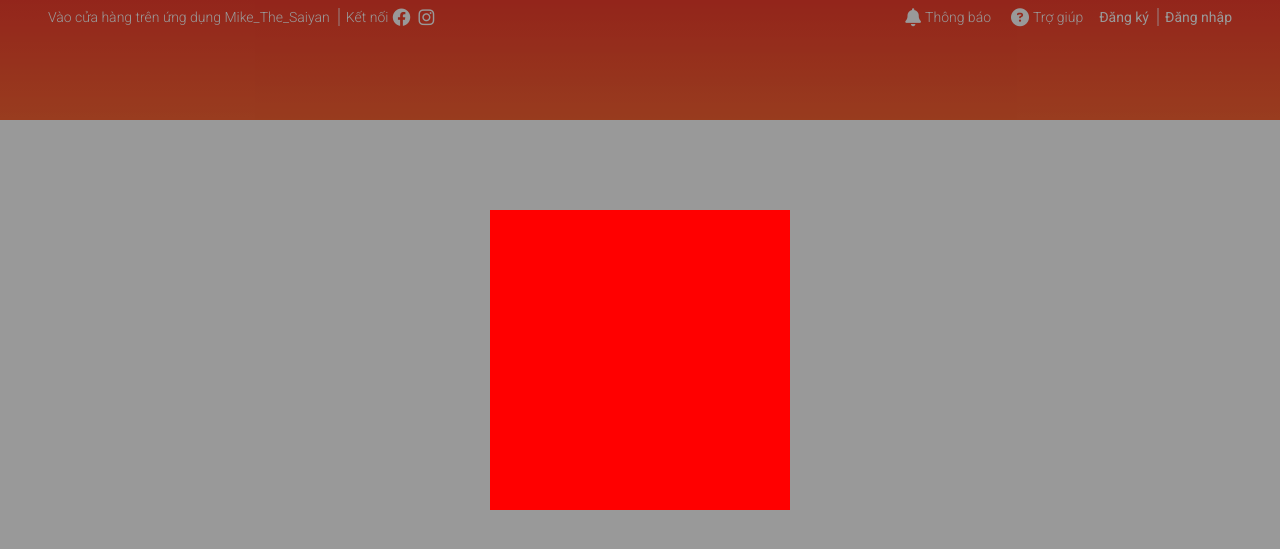
Repository: thefellowshiplotr/project_shopee
Page: index.html
These files come from the project's save history. The page is drawn as it stood at one moment and after the next save; the edit follows.
The browser window is 1280 px wide. The pictures show the whole page.

Above is the page before, as saved 2022-11-07 13:28:35.

### index.html
<!DOCTYPE html>
<html lang="en">
  <head>
    <meta charset="UTF-8" />
    <meta http-equiv="X-UA-Compatible" content="IE=edge" />
    <meta name="viewport" content="width=device-width, initial-scale=1.0" />
    <title>Shopee</title>
    <link
      rel="stylesheet"
      href="https://cdnjs.cloudflare.com/ajax/libs/normalize/8.0.1/normalize.min.css"
      integrity="sha512-NhSC1YmyruXifcj/KFRWoC561YpHpc5Jtzgvbuzx5VozKpWvQ+4nXhPdFgmx8xqexRcpAglTj9sIBWINXa8x5w=="
      crossorigin="anonymous"
      referrerpolicy="no-referrer"
    />
    <link rel="preconnect" href="https://fonts.googleapis.com" />
    <link rel="preconnect" href="https://fonts.gstatic.com" crossorigin />
    <link
      href="https://fonts.googleapis.com/css2?family=Roboto:wght@300;400;500;700&display=swap"
      rel="stylesheet"
    />
    <link rel="stylesheet" href="./assets/css/base.css" />
    <link rel="stylesheet" href="./assets/css/main.css" />
    <link
      rel="stylesheet"
      href="./assets/fonts/fontawesome-free-6.2.0-web/fontawesome-free-6.2.0-web/css/all.min.css"
    />
  </head>
  <body>
    <div class="wrapper">
      <header class="header">
        <div class="grid">
          <nav class="header__navbar">
            <ul class="header__navbar-list">
              <li
                class="header__navbar-item header__navbar-item-has-qr header__navbar-item--separate"
              >
                Vào cửa hàng trên ứng dụng Mike_The_Saiyan

                <!-- Header QR -->
                <div class="header__qr">
                  <img
                    src="./assets/img/QR-shopee.png"
                    alt="QR code"
                    class="header__qr-img"
                  />
                  <div class="header__qr-apps">
                    <a href="" class="header__qr-link">
                      <img
                        src="./assets/img/appstore.png"
                        alt="Appstore"
                        class="header__qr-download-img"
                      />
                    </a>
                    <a href="" class="header__qr-link">
                      <img
                        src="./assets/img/google-play.png"
                        alt="Google Play"
                        class="header__qr-download-img"
                      />
                    </a>
                    <!-- <a href="" class="header__qr-link">
                      <img
                        src="./assets/img/app-galery.png"
                        alt="App Galary"
                        class="header__qr-download-img"
                      />
                    </a> -->
                  </div>
                </div>
              </li>
              <li class="header__navbar-item">
                <span class="header__navbar-title--no-pointer">Kết nối</span>
                <a href="" class="header__navbar-icon-link"
                  ><i class="header__navbar-icon fa-brands fa-facebook"></i
                ></a>
                <a href="" class="header__navbar-icon-link"
                  ><i class="header__navbar-icon fa-brands fa-instagram"></i
                ></a>
              </li>
            </ul>
            <ul class="header__navbar-list">
              <li class="header__navbar-item header__navbar-item--has-notify">
                <a href="" class="header__navbar-item-link">
                  <i class="header__navbar-icon fa-solid fa-bell"></i>
                  Thông báo
                </a>
                <div class="header__notify">
                  <header class="header__notify-header">
                    <h3>Thông báo mới nhận</h3>
                  </header>
                  <ul class="header__notify-list">
                    <li class="header__notify-item header__notify-item--viewed">
                      <a href="" class="header__notify-link">
                        <img
                          src="https://cdn.abphotos.link/photos/resized/200x120/83-1625652146-myphamohui-lgvina.png"
                          alt=""
                          class="header__notify-img"
                        />
                        <div class="header__notify-info">
                          <span class="header__notify-name"
                            >Xác thực chính hãng nguồn gốc các sản phẩm
                            Ohui</span
                          >
                          <span class="header__notify-description"
                            >Hiddentag là giải pháp xác thực hàng chính hãng
                            bằng công nghệ tiên tiến nhất hiện nay</span
                          >
                        </div>
                      </a>
                    </li>
                    <li class="header__notify-item header__notify-item--viewed">
                      <a href="" class="header__notify-link">
                        <img
                          src="https://cdn.abphotos.link/photos/resized/200x120/1653708536-php4dvzf5.png"
                          alt=""
                          class="header__notify-img"
                        />
                        <div class="header__notify-info">
                          <span class="header__notify-name"
                            >Kem trắng da Ohui có tốt không? Review kem dưỡng
                            trắng da OHUI Extreme White chi tiết</span
                          >
                          <span class="header__notify-description"
                            >Sản phẩm là sự lựa chọn hoàn hảo cho các quý cô
                            đang gặp vấn đề nám, tàn nhang, thâm sạm,…</span
                          >
                        </div>
                      </a>
                    </li>
                    <li class="header__notify-item header__notify-item--viewed">
                      <a href="" class="header__notify-link">
                        <img
                          src="https://cdn.abphotos.link/photos/resized/200x120/1653706577-phpmugy75.png"
                          alt=""
                          class="header__notify-img"
                        />
                        <div class="header__notify-info">
                          <span class="header__notify-name"
                            >Review kem chống nắng OHUI cho da dầu - OHUI Day
                            Shield Perfect Sun Black</span
                          >
                          <span class="header__notify-description"
                            >Sản phẩm kem chống nắng OHUI Perfect Sun Black
                            chống nước có thể sử dụng đi bơi hoặc hoạt động
                            ngoài trời.</span
                          >
                        </div>
                      </a>
                    </li>
                  </ul>
                  <footer class="header__notify-footer">
                    <a href="" class="header__notify-footer-btn">Xem tất cả</a>
                  </footer>
                </div>
              </li>
              <li class="header__navbar-item">
                <a href="" class="header__navbar-item-link">
                  <i
                    class="header__navbar-icon fa-solid fa-circle-question"
                  ></i>
                  Trợ giúp
                </a>
              </li>
              <li
                class="header__navbar-item header__navbar-item--strong header__navbar-item--separate"
              >
                Đăng ký
              </li>
              <li class="header__navbar-item header__navbar-item--strong">
                Đăng nhập
              </li>
            </ul>
          </nav>
        </div>
      </header>

      <div class="container"></div>

      <footer class="footer"></footer>
    </div>

    <!-- Modal Layout -->
    <div class="modal">
      <div class="modal__overlay"></div>
      <div class="modal__body">
        <div class="modal__inner"></div>
      </div>
    </div>
  </body>
</html>

### assets/css/base.css
:root {
  --primary-color: #ee4d2d;
  --white-color: #fff;
  --black-color: #000;
  --text-color: #333;
}

* {
  box-sizing: inherit;
}

html {
  font-size: 62.5%; /* Sử dụng kĩ thuật HACK*/
  line-height: 1.6rem;
  font-family: "Roboto", sans-serif;
  box-sizing: border-box;
}

.grid {
  width: 1200px;
  max-width: 100%;
  margin: 0 auto;
}

.grid__full-width {
  width: 100%;
}

.grid__row {
  display: flex;
  flex-wrap: wrap;
}

/* Animation */
@keyframes fadeIn {
  from {
    opacity: 0;
  }
  to {
    opacity: 1;
  }
}

/* Modal */
.modal {
  position: fixed;
  top: 0;
  right: 0;
  bottom: 0;
  left: 0;
  display: flex;
}

.modal__overlay {
  position: absolute;
  width: 100%;
  height: 100%;
  background-color: rgba(0, 0, 0, 0.4);
}

.modal__body {
  width: 300px;
  height: 300px;
  background-color: red;
  margin: auto;
  position: relative;
  z-index: 1;
}

### assets/css/main.css
.header {
  height: 120px;
  background-image: linear-gradient(0, #fe6433, #f53e2d);
}

.header__navbar {
  display: flex;
  justify-content: space-between;
  align-items: center;
}

.header__navbar-list {
  list-style: none;
  padding-left: 0;
  margin-top: 4px;
  display: flex; /* thêm */
  align-items: center;
}

.header__navbar-item {
  margin: 0 8px;
  position: relative;
  min-height: 25px;
}

.header__navbar-item-has-qr:hover .header__qr {
  display: block;
}

.header__navbar-item--has-notify:hover .header__notify {
  display: block;
}

.header__navbar-item,
.header__navbar-item-link {
  display: inline-block;
  font-size: 1.4rem;
  color: var(--white-color);
  text-decoration: none;
  font-weight: 300;
}

.header__navbar-item,
.header__navbar-item-link,
.header__navbar-icon-link {
  display: inline-flex;
  align-items: center;
}

.header__navbar-item:hover,
.header__navbar-item-link:hover,
.header__navbar-icon-link:hover {
  cursor: pointer;
  color: rgba(255, 255, 255, 0.7);
}

.header__navbar-item--strong {
  font-weight: 400;
}

.header__navbar-item--separate::after {
  content: "";
  display: block;
  position: absolute;
  border: 1px solid #fb9086;
  height: 16px;
  right: -10px;
  top: 50%;
  transform: translateY(-50%);
}

.header__navbar-icon-link {
  color: var(--white-color);
  text-decoration: none;
}

.header__navbar-icon {
  font-size: 1.8rem;
  margin: 0 4px;
}

.header__navbar-title--no-pointer {
  cursor: text;
  color: var(--white-color);
}

/* Header QR code*/
.header__qr {
  width: 186px;
  background-color: var(--white-color);
  position: absolute;
  left: 0;
  top: 118%; /* làm cho nó cao bằng 100% chiều cao của thằng chứa nó*/
  padding: 8px;
  border-radius: 2px;
  display: none;
  animation: fadeIn ease-in 0.4s;
}

.header__qr::before {
  position: absolute;
  left: 0;
  top: -16px;
  width: 100%;
  height: 20px;
  content: "";
  display: block;
}

.header__qr-img {
  width: 100%;
}

.header__qr-apps {
  display: flex;
  justify-content: space-between;
  flex-wrap: wrap;
  margin-top: 5px;
}

.header__qr-link:nth-child(1) {
  margin-left: 9px;
}

.header__qr-link:nth-child(2) {
  margin-right: 9px;
}
.header__qr-link:nth-child(3) {
  margin-left: 8px;
  margin-top: 8px;
}

.header__qr-download-img {
  height: 16px;
}

/* header notification */

.header__notify {
  position: absolute;
  margin-top: 5px;
  top: 100%;
  width: 404px;
  right: 0;
  border: 1px solid #d3d3d3;
  background-color: var(--white-color);
  cursor: default;
  transform-origin: calc(100% - 20px) top;
  animation: headerNotifyGrowth ease-in 0.2s;
  will-change: opacity, transform;
  display: none;
}

.header__notify::before {
  content: "";
  border-width: 20px 27px;
  border-style: solid;
  border-color: transparent transparent var(--white-color) transparent;
  position: absolute;
  right: 0px;
  top: -27px;
}

.header__notify::after {
  content: "";
  display: block;
  position: absolute;
  width: 90px;
  height: 20px;
  right: 0;
  top: -16px;
}

@keyframes headerNotifyGrowth {
  from {
    opacity: 0;
    transform: scale(0);
  }
  to {
    opacity: 1;
    transform: scale(1);
  }
}

.header__notify-header {
  height: 40px;
  background-color: var(--white-color);
}

.header__notify-header h3 {
  color: #999;
  margin: 0 0 0 12px;
  font-weight: 400;
  font-size: 1.4rem;
  line-height: 40px;
  user-select: none;
  -webkit-user-select: none;
}

.header__notify-list {
  padding-left: 0;
}

.header__notify-item {
  display: flex;
}

.header__notify-item:hover {
  background-color: #f7f7f7;
}

.header__notify-item--viewed {
  background-color: rgba(238, 75, 43, 0.08);
}

.header__notify-link {
  display: flex;
  width: 100%;
  padding: 12px;
  text-decoration: none;
}

.header__notify-img {
  width: 48px;
  object-fit: contain;
}

.header__notify-info {
  margin-left: 12px;
}

.header__notify-name {
  display: block;
  color: var(--text-color);
  font-size: 1.4rem;
  font-weight: 400;
  line-height: calc(2 / 1.4);
}

.header__notify-description {
  display: block;
  font-size: 1.2rem;
  line-height: calc(1.8 / 1.2);
  color: #756f6e;
  margin-top: 4px;
}

.header__notify-footer {
  display: flex;
}

.header__notify-footer-btn {
  text-decoration: none;
  color: var(--text-color);
  width: 100%;
  padding: 8px 0;
  text-align: center;
  font-size: 1.4rem;
  font-weight: 400;
}

Loaded but not shown: assets/fonts/fontawesome-free-6.2.0-web/fontawesome-free-6.2.0-web/css/all.min.css (library)

After the next save:
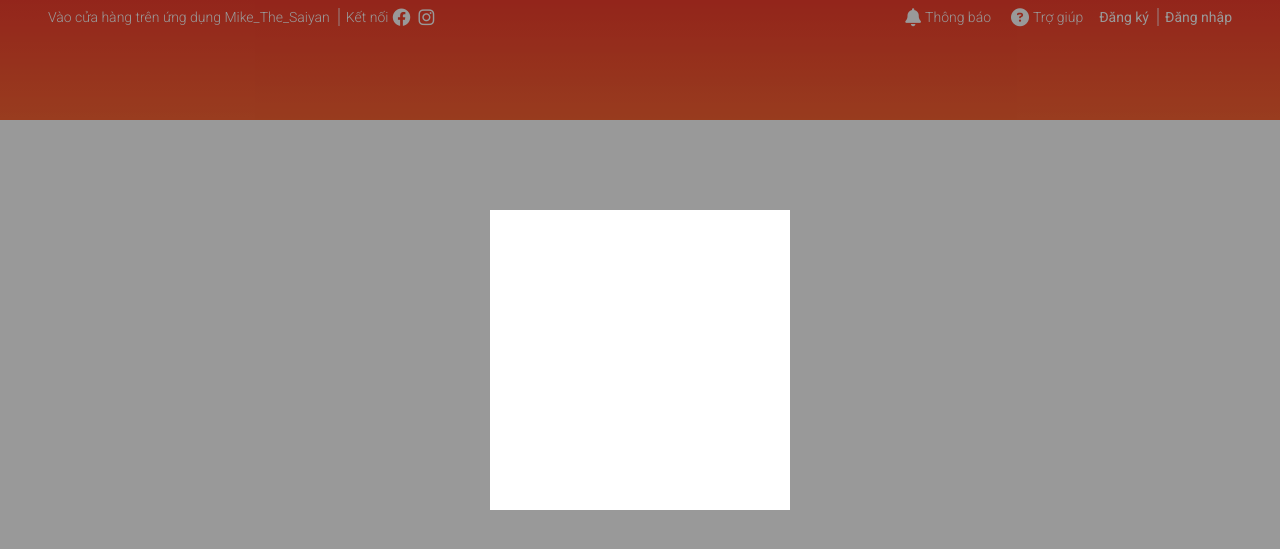
Saved 14 s later.
--- a/assets/css/base.css
+++ b/assets/css/base.css
@@ -61,7 +61,7 @@
 .modal__body {
   width: 300px;
   height: 300px;
-  background-color: red;
+  background-color: var(--white-color);
   margin: auto;
   position: relative;
   z-index: 1;
